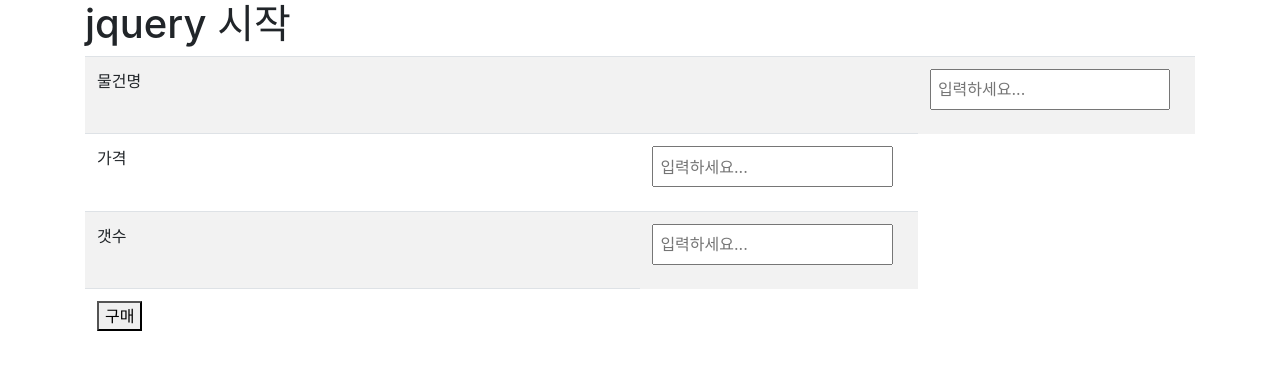
Repository: chanjungkim/vue_hrd
Page: vueexp/WebContent/a04_event/a02_buyProduct.html
An editor plug-in stored every save of this project. The page is shown before and after the next save, followed by the edit.
The browser window is 1280 px wide. The pictures show the whole page.

Above is the page before, as saved 2019-09-21 02:10:10.

### vueexp/WebContent/a04_event/a02_buyProduct.html
<!DOCTYPE html>
<html>
<head>
<meta charset="UTF-8">
<title>Insert title here</title>
<link rel="stylesheet" href="../a00_com/bootstrap.min.css">
<link rel="stylesheet" href="../a00_com/jquery-ui.css">
<style type="text/css">
.input-group-text {
	width: 100%;
}

.input-group-prepend {
	width: 30%;
}

input[type="text"], label {
	margin-bottom: 12px;
	padding: .4em;
	width: 95%;
}
</style>
<script src="../a00_com/jquery.min.js"></script>
<script src="../a00_com/popper.min.js"></script>
<script src="../a00_com/bootstrap.min.js"></script>
<script type="text/javascript" src="../a00_com/jquery-3.4.1.js"></script>
<script src="../a00_com/vue.min.js" type="text/javascript"></script>
<script src="../a00_com/jquery-ui.js"></script>
<script type="text/javascript">
	$(document).ready(function() {
		$("h1").html("jquery 시작");
	});
</script>
</head>
<body>
	<div class="container">
		<h1></h1>
		<table class="table table-hover table-striped">
			<col width="50%">
			<tr>
				<td colspan="50">물건명</td>
				<td colspan="50"><input type="text" placeholder="입력하세요..."/></td>
			</tr>
			<tr>
				<td>가격</td>
				<td><input type="text" placeholder="입력하세요..."/></td>
			</tr>
			<tr>
				<td>갯수</td>
				<td><input type="text" placeholder="입력하세요..."/></td>
			</tr>
			<tr>
				<td><button>구매</button></td>
			</tr>

		</table>
	</div>
</body>
</html>

Loaded but not shown: vueexp/WebContent/a00_com/bootstrap.min.css (library); vueexp/WebContent/a00_com/jquery-ui.css (library); vueexp/WebContent/a00_com/jquery.min.js (library); vueexp/WebContent/a00_com/popper.min.js (library); vueexp/WebContent/a00_com/bootstrap.min.js (library); vueexp/WebContent/a00_com/jquery-3.4.1.js (library); vueexp/WebContent/a00_com/vue.min.js (library); vueexp/WebContent/a00_com/jquery-ui.js (library)

After the next save:
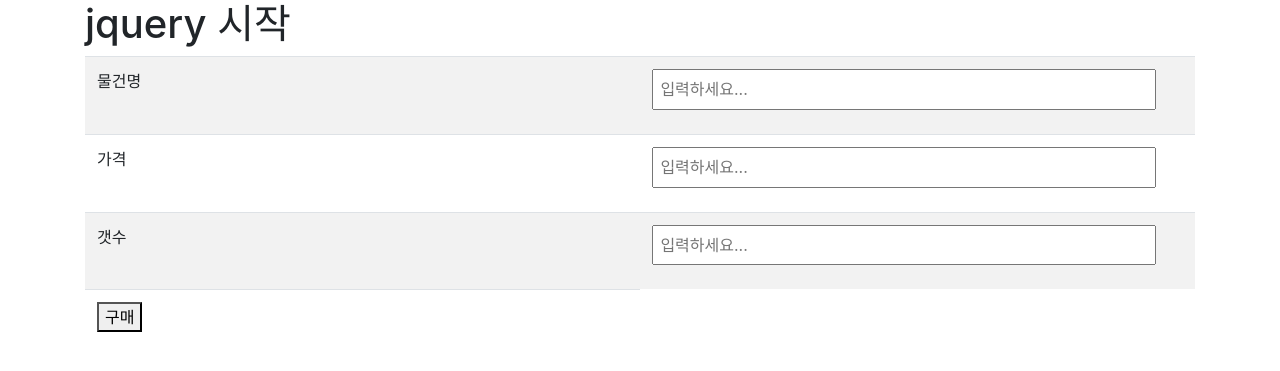
Saved 12 s later.
--- a/vueexp/WebContent/a04_event/a02_buyProduct.html
+++ b/vueexp/WebContent/a04_event/a02_buyProduct.html
@@ -38,8 +38,8 @@ input[type="text"], label {
 		<table class="table table-hover table-striped">
 			<col width="50%">
 			<tr>
-				<td colspan="50">물건명</td>
-				<td colspan="50"><input type="text" placeholder="입력하세요..."/></td>
+				<td>물건명</td>
+				<td><input type="text" placeholder="입력하세요..."/></td>
 			</tr>
 			<tr>
 				<td>가격</td>
